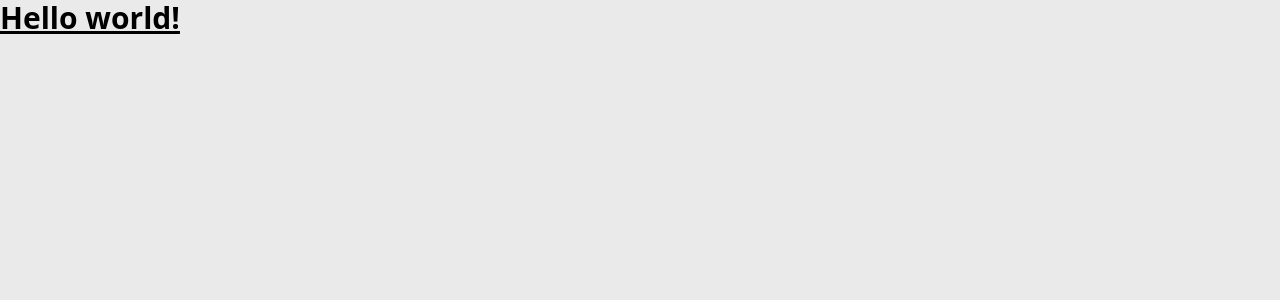
Repository: VishakhaSainani/medical_store
Page: / (app in frontend/)
An editor plug-in stored every save of this project. The page is shown before and after the next save, followed by the edit.
The browser window is 1280 px wide. The pictures show the whole page.
The project was rebuilt for these pictures with package versions that can differ from the ones it lists, and the page was loaded fresh each time. Also part of the build but not shown: frontend/vite.config.js, frontend/src/components/PrivateRoute.jsx, frontend/src/components/Loader.jsx, frontend/src/redux/api/usersApiSlice.js, frontend/src/pages/User/Profile.jsx, frontend/src/pages/Auth/Login.jsx, frontend/src/pages/Auth/Register.jsx, frontend/src/redux/api/productApiSlice.js and 32 more. Imported but missing from the stored project, and not drawn on this page: frontend/src/components/Message.

Above is the page before, as saved 2024-04-19 22:03:32.

After the next save:
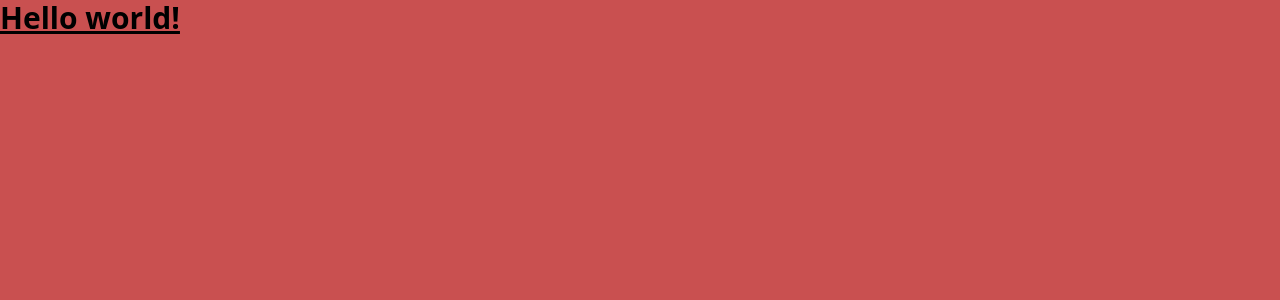
Saved 2 min 29 s later.
--- a/frontend/src/index.css
+++ b/frontend/src/index.css
@@ -2,12 +2,11 @@
 @tailwind components;
 @tailwind utilities;
 
-
 body {
-    background:#eaeaea;
-    color:black;
+  background: #c95050;
+  color: black;
 }
 input,
-textarea{
-    color: #000;
+textarea {
+  color: #000;
 }

After the 4 saves that followed:
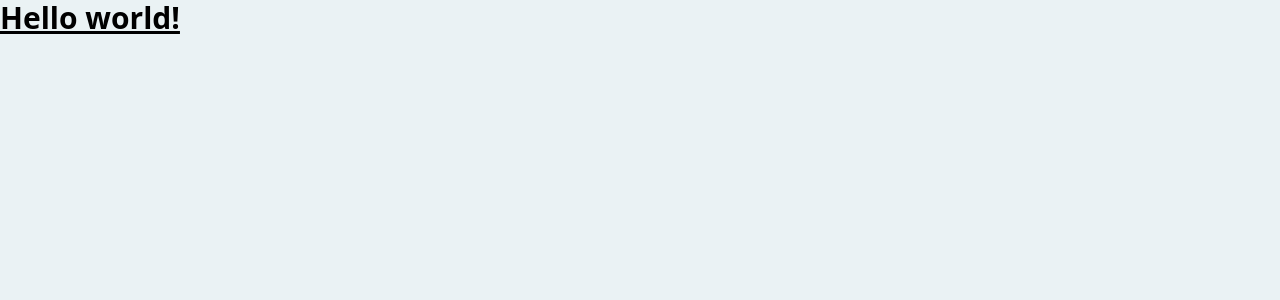
The 4 saves are shown as one change because they came seconds apart.
The last was saved 11 s later.
--- a/frontend/src/index.css
+++ b/frontend/src/index.css
@@ -3,7 +3,7 @@
 @tailwind utilities;
 
 body {
-  background: #c95050;
+  background: #eaf2f4;
   color: black;
 }
 input,
